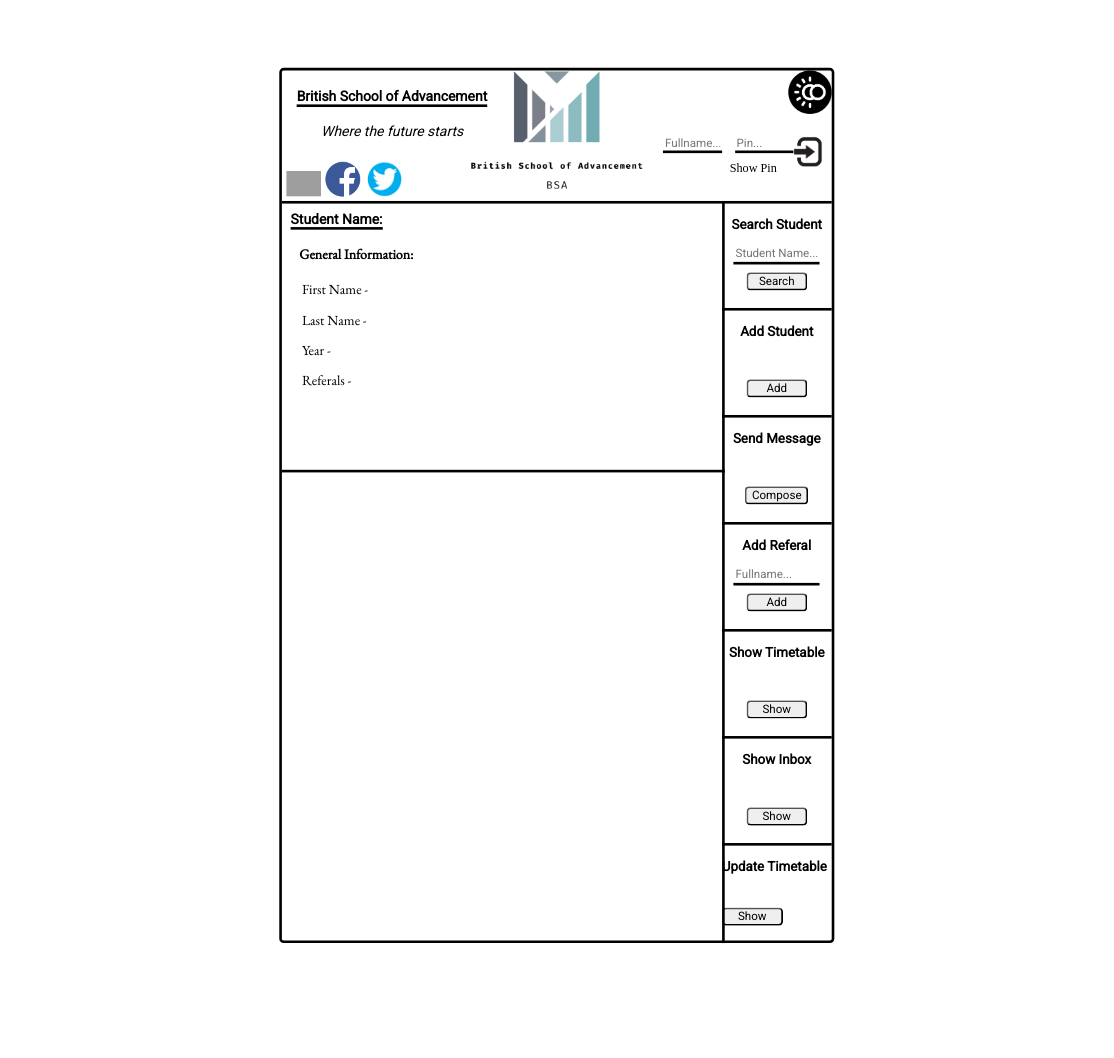
Repository: ghend99/School-app
Page: index.html
The author's editor kept a copy of each file at every save. The page is drawn from the files as they stood at one save, then again after the next save.
The browser window is 1280 px wide. The pictures show the whole page, at 87% of full size.
Pictures or frames that could not be fetched are drawn as grey boxes.

Above is the page before, as saved 2023-03-31 12:25:42.

After the next save:
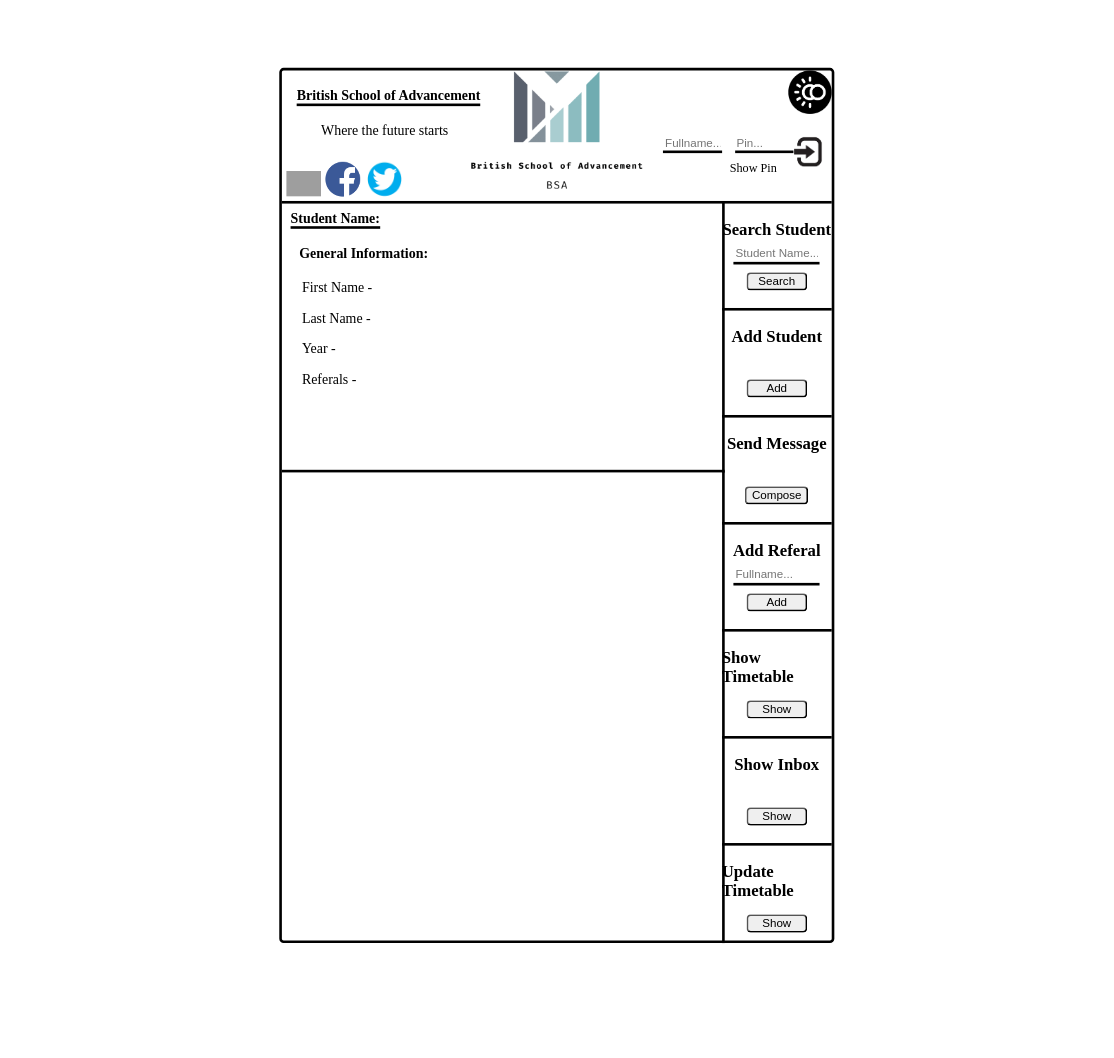
Saved 38 s later.
--- a/style.css
+++ b/style.css
@@ -1,18 +1,9 @@
-@import url("https://fonts.googleapis.com/css2?family=Roboto&display=swap");
-
-@import url("https://fonts.googleapis.com/css2?family=EB+Garamond&display=swap");
-
 button {
   cursor: pointer;
-  font-family: "Roboto", Arial;
 }
 
 body {
   height: 1200px;
-}
-
-input {
-  font-family: "Roboto", Arial;
 }
 
 .dark-mode {
@@ -67,7 +58,6 @@ input {
   left: 17px;
   font-size: clamp(1rem, 1vw, 2rem);
   font-weight: bold;
-  font-family: "Roboto", Arial;
   border-bottom: solid;
   margin: 0;
 }
@@ -77,8 +67,6 @@ input {
   top: clamp(5%, 60px, 80px);
   left: clamp(45px, 5%, 70px);
   font-size: clamp(0.9rem, 1.5vw, 1rem);
-  font-family: "Roboto", Arial;
-  font-style: italic;
   margin: 0;
 }
 
@@ -206,10 +194,18 @@ input {
   border-bottom: solid;
 }
 
+#sidebar-link-timetable {
+  position: relative;
+  display: flex;
+  width: 100%;
+  height: 120px;
+
+  justify-content: center;
+}
+
 .sidebar-link-header {
   position: absolute;
-  font-family: "Roboto", arial;
-  font-size: clamp(0.7rem, 1.2vw, 1.2rem);
+  font-size: clamp(0.9rem, 1.5vw, 1.2rem);
   font-weight: bold;
 }
 
@@ -264,7 +260,6 @@ input {
   top: 10px;
   left: 10px;
   font-size: clamp(1rem, 1vw, 2rem);
-  font-family: "Roboto", Arial;
   border-bottom: solid;
 }
 
@@ -273,7 +268,6 @@ input {
   top: 50px;
   left: 20px;
   font-size: clamp(1rem, 0.8vw, 2.5rem);
-  font-family: "EB Garamond", Arial;
   margin: 0;
 }
 
@@ -281,7 +275,6 @@ input {
   position: absolute;
   margin: 0;
   font-size: clamp(1rem, 0.4vw, 1.3rem);
-  font-family: "EB Garamond", Arial;
 }
 
 .student-information-firstname {
@@ -376,7 +369,6 @@ input {
   height: 50px;
   /* background-color: aqua; */
   overflow-y: auto;
-  font-family: "Roboto", Arial;
 }
 
 #inbox-line {
@@ -389,7 +381,6 @@ input {
   height: 50px;
   /* background-color: darkorange; */
   overflow-y: auto;
-  font-family: "EB Garamond", Arial;
 }
 
 #login-container {
@@ -429,7 +420,6 @@ input {
   position: absolute;
   top: 10%;
   font-size: 32px;
-  font-family: "Roboto", Arial;
 }
 
 .login-input {
@@ -495,7 +485,6 @@ input {
   margin: 0;
   font-size: 25px;
   font-weight: bold;
-  font-family: "Roboto", Arial;
 }
 
 .create-account-close {
@@ -605,7 +594,6 @@ input {
   font-size: clamp(1.5rem, 2vw, 2rem);
   margin: 0;
   font-weight: bold;
-  font-family: "Roboto", Arial;
 }
 
 .compose-message-close {
